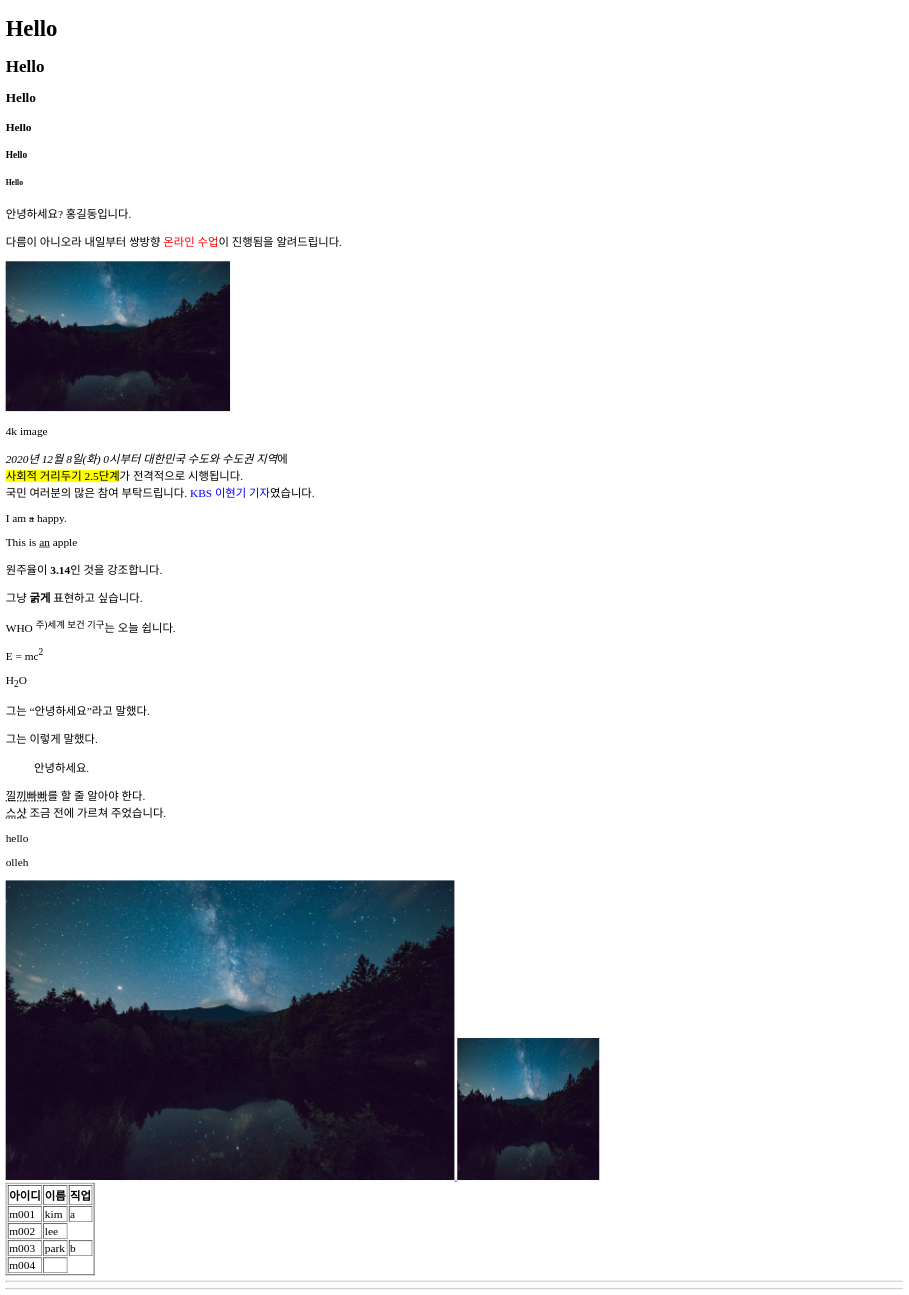
Repository: woneeseo/javastudy
Page: htmlStudy/workspace_html/HelloWorld/WebContent/f.html
An editor plug-in stored every save of this project. The page is shown before and after the next save, followed by the edit.
The browser window is 1280 px wide. The pictures show the whole page, at 71% of full size.

Above is the page before, as saved 2020-12-07 07:02:47.

After the next save:
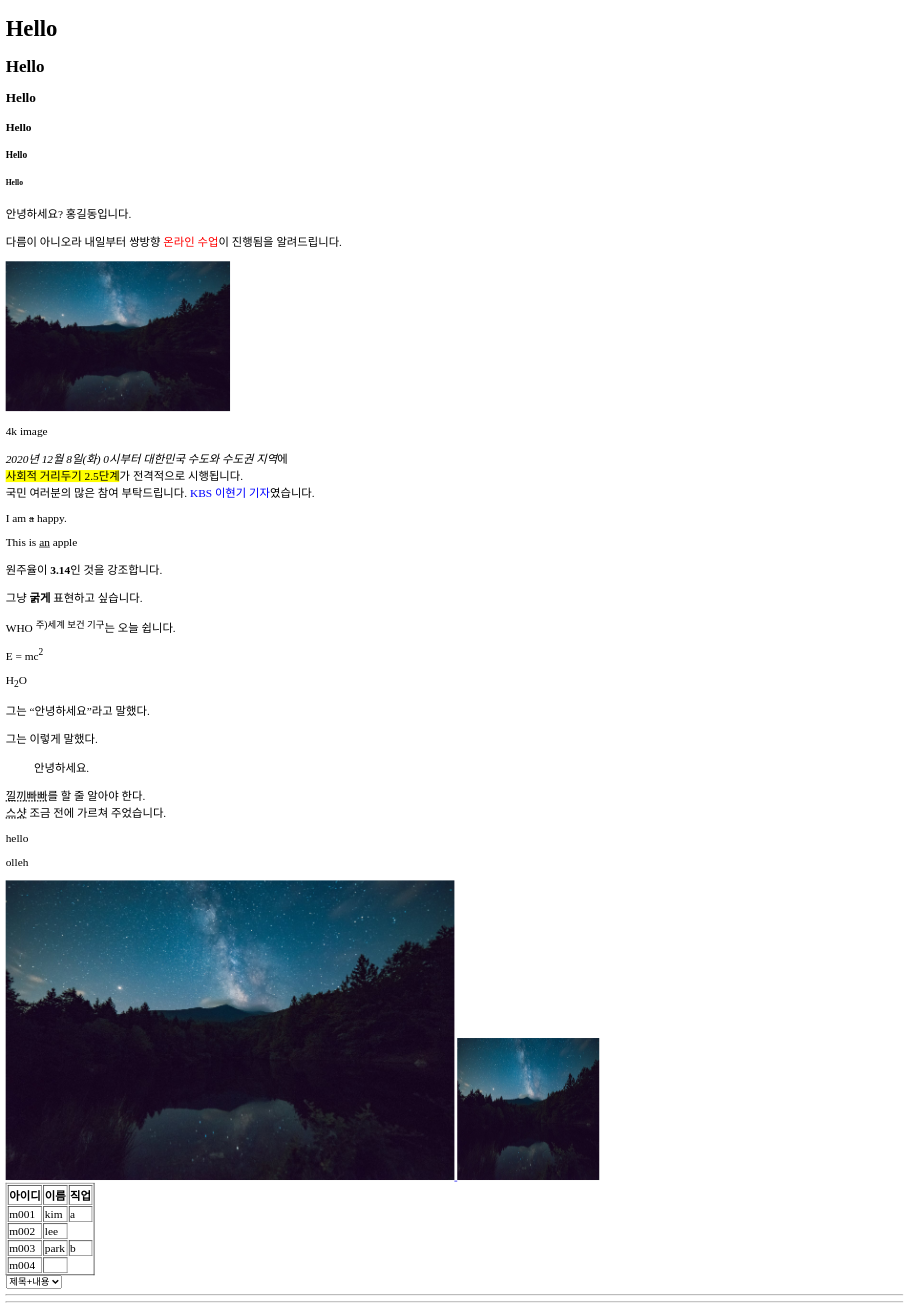
Saved 14 min 49 s later.
--- a/htmlStudy/workspace_html/HelloWorld/WebContent/f.html
+++ b/htmlStudy/workspace_html/HelloWorld/WebContent/f.html
@@ -159,7 +159,17 @@
 
 </table>
 
+<select name="keywordCri">
 
+	<option value="tc">제목+내용</option>
+	<option value="t">제목</option>
+	<option value="c">내용</option>
+	<option value="w">작성자</option>
+
+
+
+
+</select>
 
 <hr>
 <hr>
